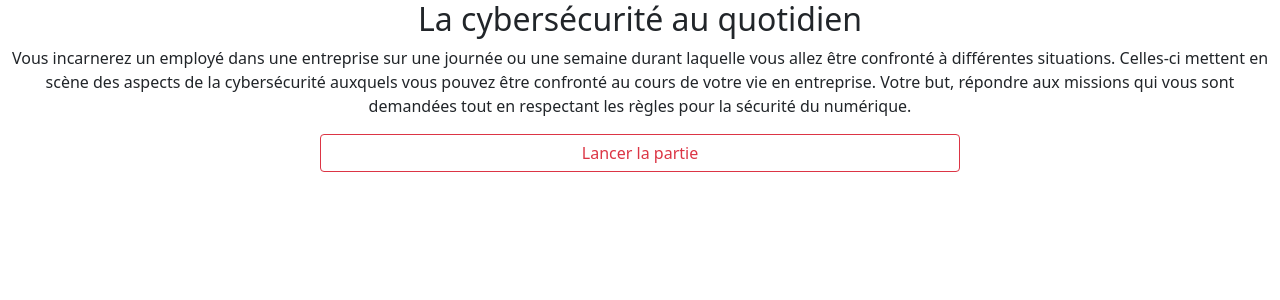
Repository: Geleetz/Workshop-I1-EPSI
Page: http://localhost/
An editor plug-in stored every save of this project. The page is shown before and after the next save, followed by the edit.
The browser window is 1280 px wide. The pictures show the whole page.
The page is run by PHP 8.4 with error messages shown; the project is at /var/www/html/.

Above is the page before, as saved 2021-09-28 11:10:41.

After the next save:
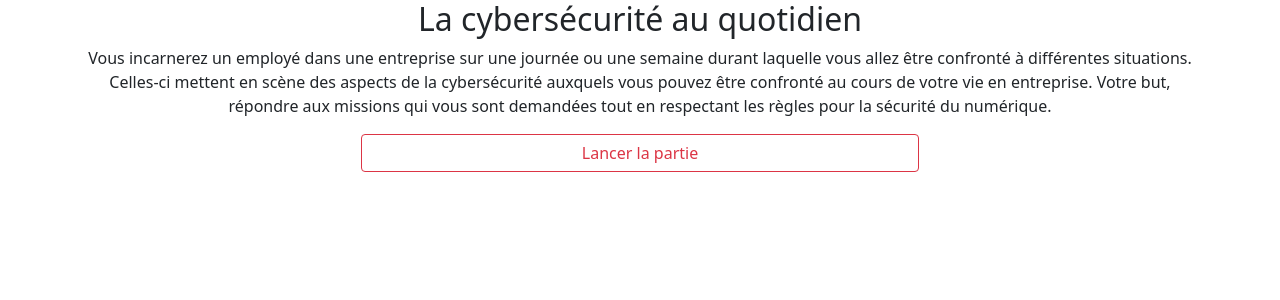
Saved 6 min 57 s later.
--- a/index.php
+++ b/index.php
@@ -12,13 +12,15 @@
 </head>
 <body>
 <h2 class="text-center">La cybersécurité au quotidien</h2>
-<p class="text-center">Vous incarnerez un employé dans une entreprise sur une journée ou une semaine durant laquelle vous allez être confronté à
-  différentes situations. Celles-ci mettent en scène des aspects de la cybersécurité auxquels vous pouvez être confronté au
-  cours de votre vie en entreprise. Votre but, répondre aux missions qui vous sont demandées tout en respectant les règles pour
-  la sécurité du numérique.</p>
+<div class="container">
+  <p class="text-center">Vous incarnerez un employé dans une entreprise sur une journée ou une semaine durant laquelle vous allez être confronté à
+    différentes situations. Celles-ci mettent en scène des aspects de la cybersécurité auxquels vous pouvez être confronté au
+    cours de votre vie en entreprise. Votre but, répondre aux missions qui vous sont demandées tout en respectant les règles pour
+    la sécurité du numérique.</p>
   <div class="d-grid gap-2 col-6 mx-auto">
     <button onclick="startGame()" type="button" class="btn btn-outline-danger">Lancer la partie</button>
   </div>
+</div>
 </body>
 <script>
 function startGame() {
